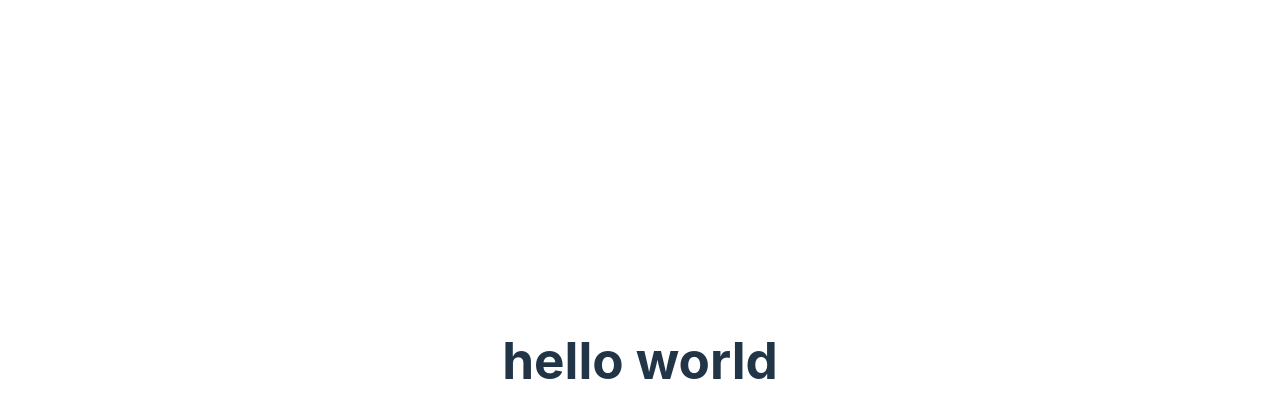
Repository: Nurlan-Bakenbaev/redux-tools
Page: /
The author's editor kept a copy of each file at every save. The page is drawn from the files as they stood at one save, then again after the next save.
The browser window is 1280 px wide. The pictures show the whole page.
The project was rebuilt for these pictures with package versions that can differ from the ones it lists, and the page was loaded fresh each time. Also part of the build but not shown: vite.config.js.

Above is the page before, as saved 2023-10-22 16:39:02.

### src/main.jsx
import React from "react";
import ReactDOM from "react-dom/client";
import App from "./App.jsx";
import "./index.css";
import { store } from "./app/store.js";
import { Provider } from "react-redux";
ReactDOM.createRoot(document.getElementById("root")).render(
  <React.StrictMode>
    <Provider store={store}>
      <App />
    </Provider>
  </React.StrictMode>
);

### src/App.jsx
import "./App.css";

function App() {
  return (
    <>
      <h1>hello world</h1>
    </>
  );
}

export default App;

### src/app/store.js
import { configureStore } from "@reduxjs/toolkit";
import counterReducer from "../features/counter/counterSlice";
export const store = configureStore({
  reducer: {
    counter: counterReducer,
  },
});

### src/features/counter/counterSlice.js
import { createSlice } from "@reduxjs/toolkit";

const initialState = {
  count: 0,
};
export const counterSlice = createSlice({
  name: "counter",
  initialState,
  reducers: {
    increment: (state) => {
      state.count += 1;
    },
    decrement: (state) => {
      state.count -= 1;
    },
  },
});
export const { increment, decrement } = counterSlice.actions;
export default counterSlice.reducer;

Loaded but not shown: index.html (common file); src/index.css (common file); src/App.css (common file)

After the next save:
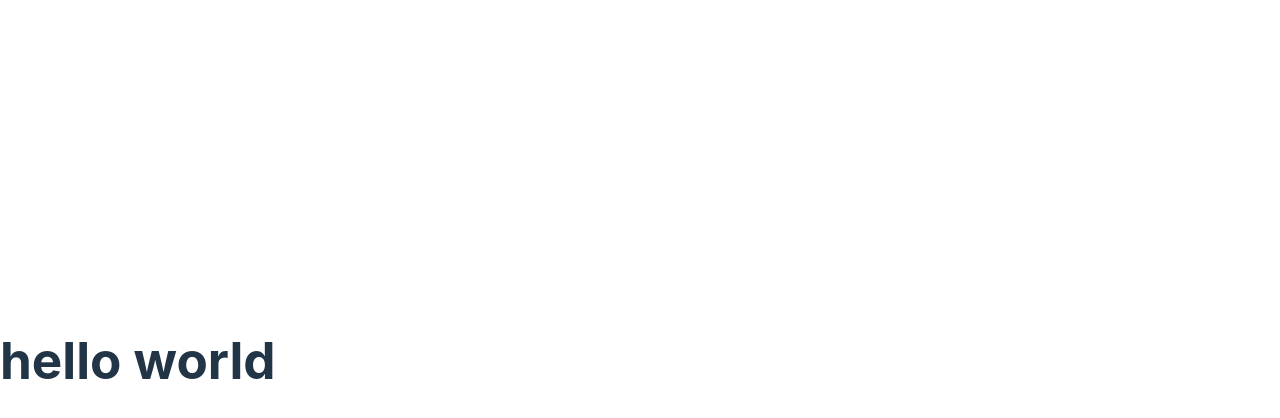
Saved 8 min 31 s later.
--- a/src/App.jsx
+++ b/src/App.jsx
@@ -1,4 +1,3 @@
-import "./App.css";
 
 function App() {
   return (
